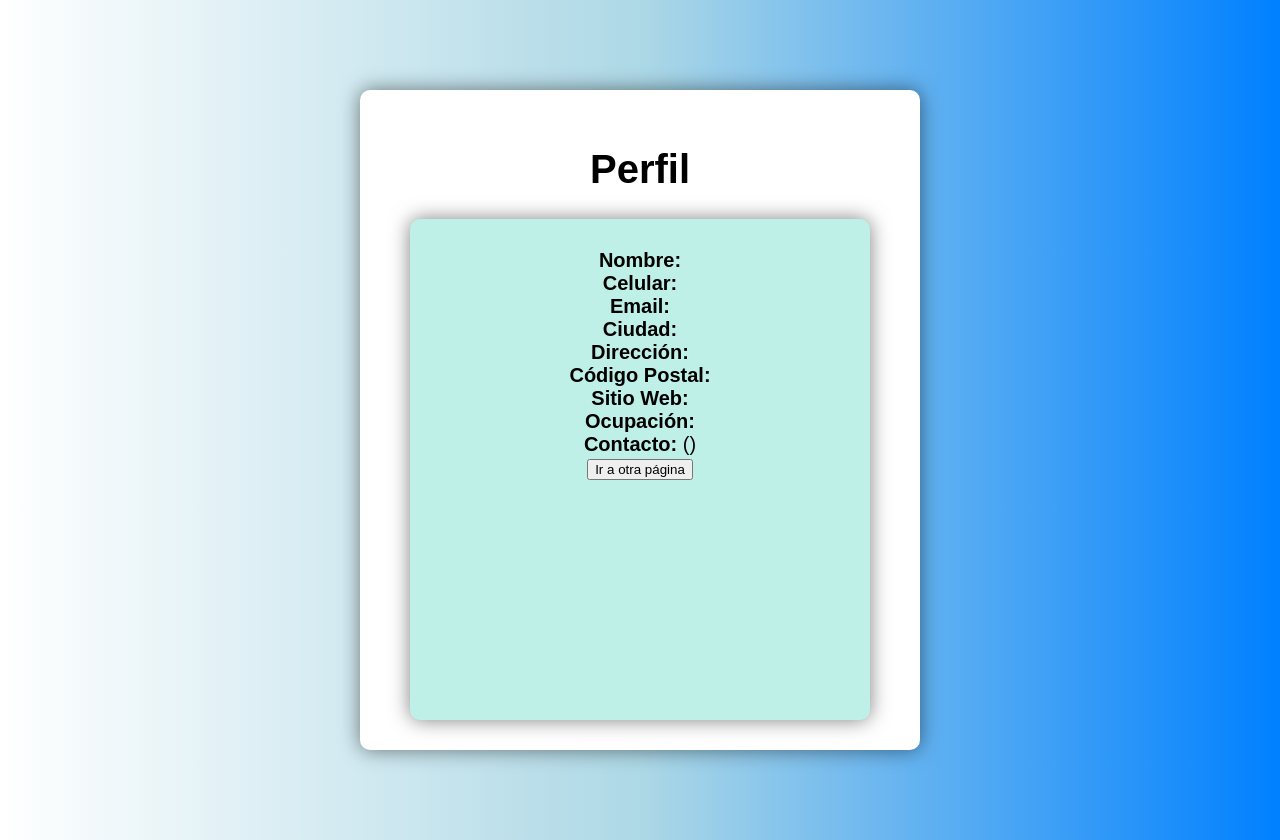
Repository: ANGELEDU141/TAREAWEBEWJASJDASJ
Page: http://localhost/JAVAWEBTAREA/WEB-INF/views/perfil.jsp
An editor plug-in stored every save of this project. The page is shown before and after the next save, followed by the edit.
The browser window is 1280 px wide. The pictures show the whole page.
The page is served by Tomcat 9. Nobody is signed in. Other server files are loaded and not shown. The template is opened directly, without the code that normally fills it, so the values that code supplies are empty.

Above is the page before, as saved 2024-09-01 11:02:47.

### JAVAWEBTAREA/src/main/webapp/WEB-INF/views/perfil.jsp
<%@ page language="java" contentType="text/html; charset=UTF-8"
    pageEncoding="UTF-8"%>
<!DOCTYPE html>
<html>
<head>
<meta charset="UTF-8">
<title>COMPANY CORP</title>
<link rel="icon" href="https://static.vecteezy.com/system/resources/previews/008/214/517/non_2x/abstract-geometric-logo-or-infinity-line-logo-for-your-company-free-vector.jpg">

<style type="text/css">

   body {
        margin: 0;
        padding: 60px;
        height: 100vh;
        display: flex;
        align-items:center;
         flex-direction: column;
        justify-content: center;
        align-items: center;
        font-family: Arial, sans-serif;
		background: linear-gradient(to right, rgb(255, 255, 255), rgb(173, 216, 230), rgb(0, 128, 255));

    }
    .container {

       width:500px;
    	height:600px;

        max-width: 600px;
        display:flex;
   		flex-direction:column;
   		align-content:center;
   		justify-content: center;
   		align-items:center;
   		padding: 30px;

        background-color: white;
        box-shadow: 0px 0px 20px rgba(0, 0, 0, 0.5);
        text-align: center;
        border-radius: 10px;
        font-size: 20px;

    }
       .quest {



   		padding: 30px;
   		border:60px;
         width:400px;
    	height:500px;
        background-color: rgba(191, 240, 232);
        box-shadow: 0px 0px 20px rgba(0, 0, 0, 0.5);
        text-align: center;
        border-radius: 10px;
        }


   		</style>


</head>
<body>
<div class="container">
        <h1>Perfil</h1>


      <div class="quest">

       <b>Nombre:</b> ${nombre}<br>
<b>Celular:</b> ${celular}<br>
<b>Email:</b> <a href="mailto:${email}">${email}</a><br>
<b>Ciudad:</b> ${ciudad}<br>
<b>Dirección:</b> ${direccion}<br>
<b>Código Postal:</b> ${codigo_postal}<br>
<b>Sitio Web:</b> <a href="${sitio_web}" target="_blank">${sitio_web}</a><br>
<b>Ocupación:</b> ${ocupacion}<br>
<b>Contacto:</b> ${contacto_nombre} (${contacto_puesto})<br>

         <button class="redirect-button" onclick="alert(window.location.href='${pageContext.request.contextPath}/concepto');">Ir a otra página</button>



        </div>
 </div>
</body>
</html>

After the next save:
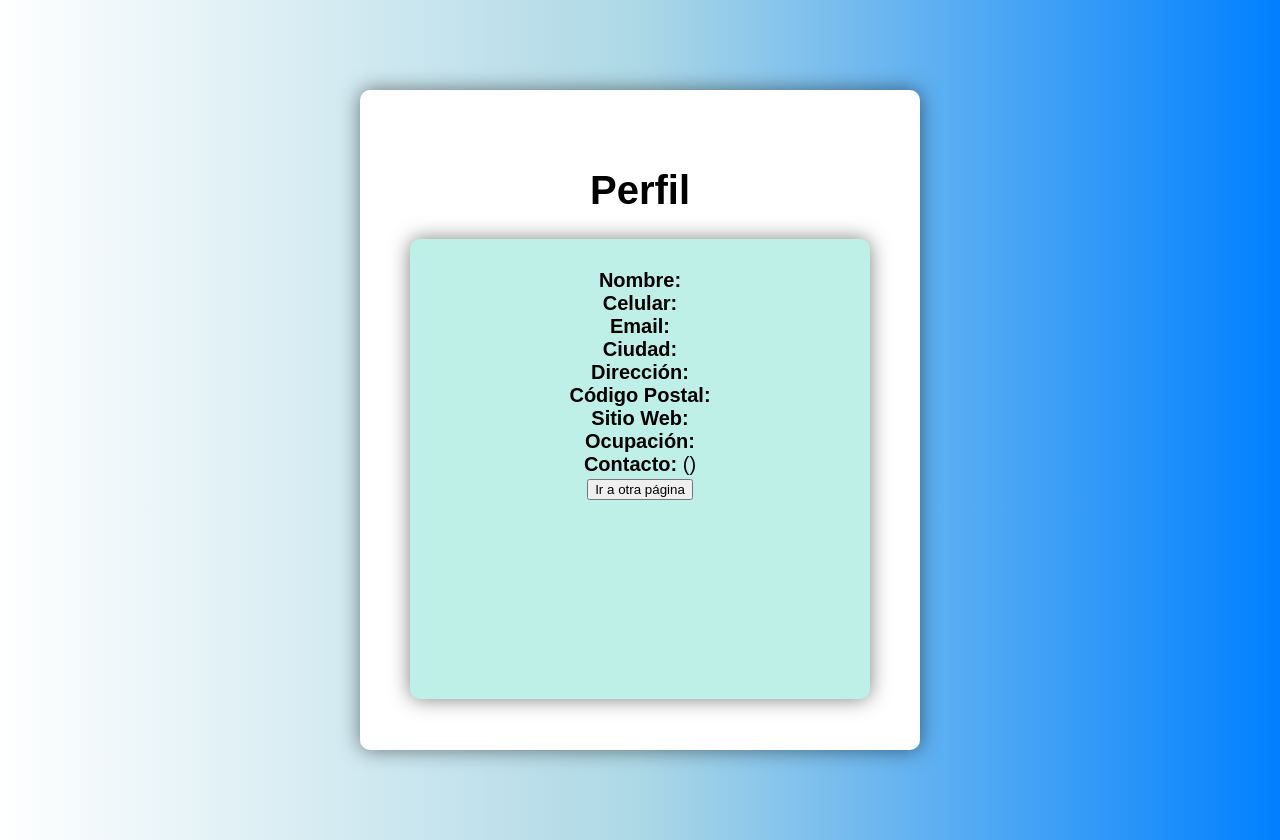
Saved 5 s later.
--- a/JAVAWEBTAREA/src/main/webapp/WEB-INF/views/perfil.jsp
+++ b/JAVAWEBTAREA/src/main/webapp/WEB-INF/views/perfil.jsp
@@ -49,7 +49,7 @@
    		padding: 30px;
    		border:60px;
          width:400px;
-    	height:500px;
+    	height:400px;
         background-color: rgba(191, 240, 232);
         box-shadow: 0px 0px 20px rgba(0, 0, 0, 0.5);
         text-align: center;
